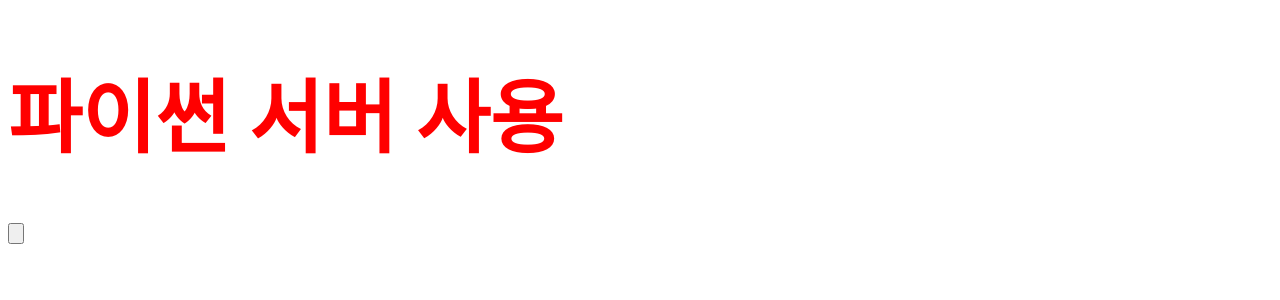
Repository: offbr/Python
Page: pynetwork/py_http/def.html
These files come from the project's save history. The page is drawn as it stood at one moment and after the next save; the edit follows.
The browser window is 1280 px wide. The pictures show the whole page.

Above is the page before, as saved 2016-11-03 02:25:17.

After the next save:
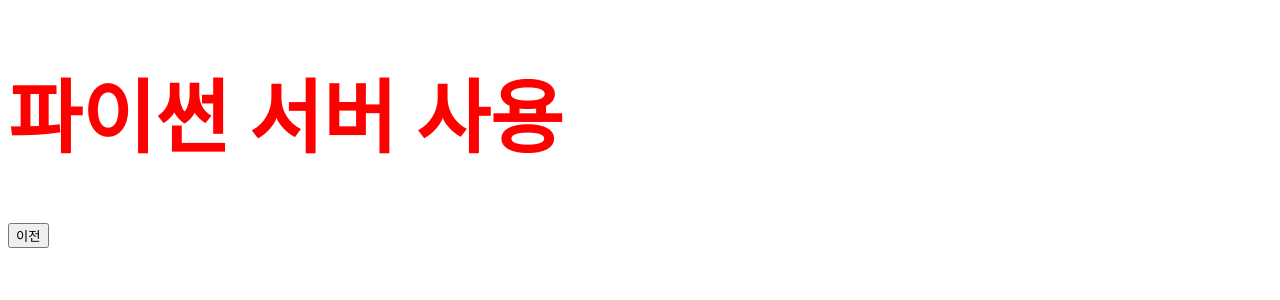
Saved 21 s later.
--- a/pynetwork/py_http/def.html
+++ b/pynetwork/py_http/def.html
@@ -6,7 +6,7 @@
 </head>
 <body>
 <h1 style="font-size: 80px; color: red">파이썬 서버 사용</h1>
-<input type="button">
+<input type="button" value="이전" onclick="history.back()">
 
 </body>
 </html>
